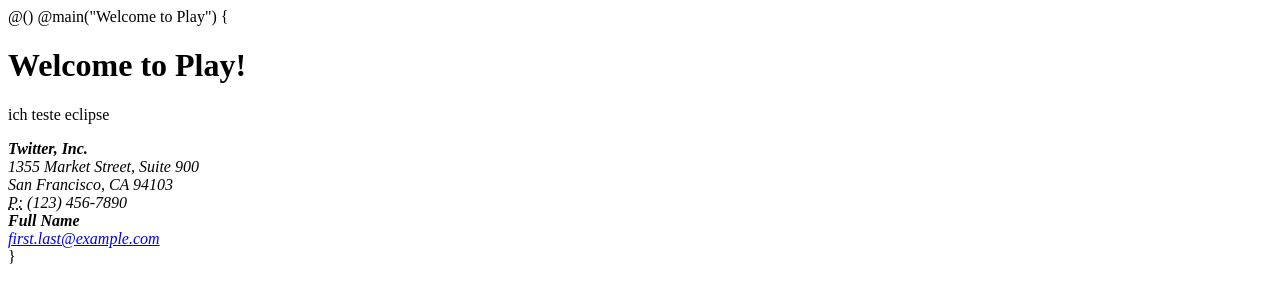
Repository: Avinukas/InTime
Page: intime/app/views/index.scala.html
An editor plug-in stored every save of this project. The page is shown before and after the next save, followed by the edit.
The browser window is 1280 px wide. The pictures show the whole page.

Above is the page before, as saved 2018-05-16 13:16:21.

After the next save:
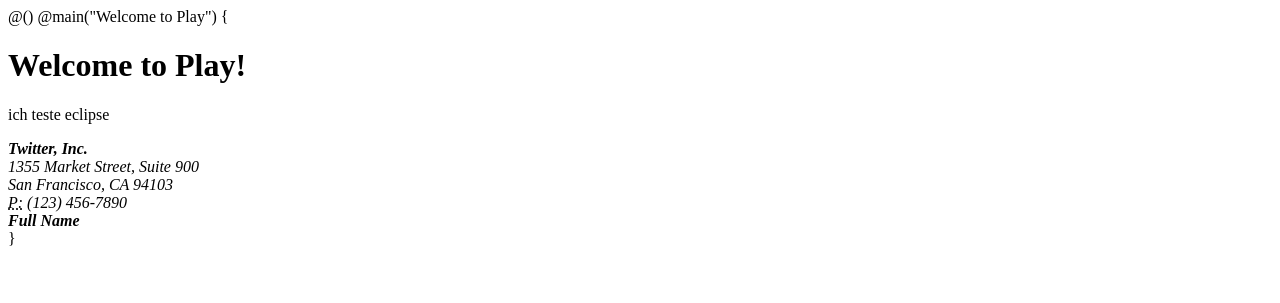
Saved 18 s later.
--- a/intime/app/views/index.scala.html
+++ b/intime/app/views/index.scala.html
@@ -13,6 +13,6 @@
 
 <address>
   <strong>Full Name</strong><br>
-  <a href="mailto">first.last@example.com</a>
+
 </address>
 }
